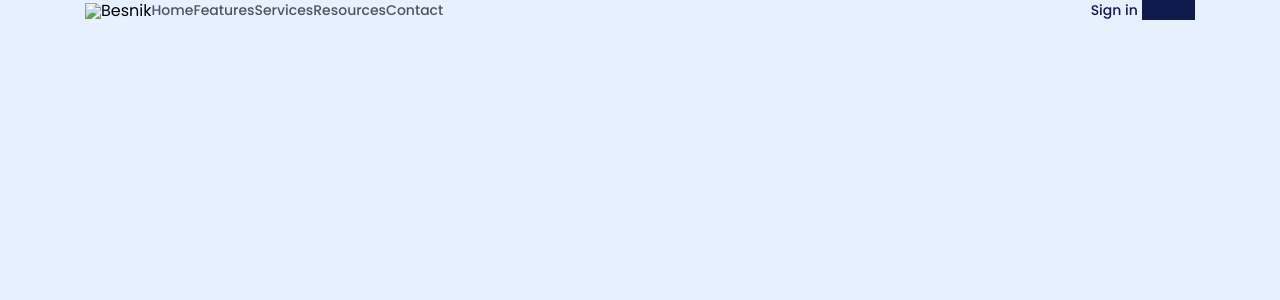
Repository: Phu2992/htmlcss-f8-01
Page: index.html
The author's editor kept a copy of each file at every save. The page is drawn from the files as they stood at one save, then again after the next save.
The browser window is 1280 px wide. The pictures show the whole page.

Above is the page before, as saved 2024-09-25 22:02:55.

### index.html
<!DOCTYPE html>
<html lang="en">
    <head>
        <meta charset="UTF-8" />
        <meta name="viewport" content="width=device-width, initial-scale=1.0" />
        <link rel="stylesheet" href="./assets/css/reset.css" />
        <link rel="stylesheet" href="./assets/fonts/stylesheet.css" />
        <link rel="stylesheet" href="./assets/css/styles.css" />
        <title>F8-Project-1</title>
    </head>
    <body>
        <!-- Header -->
        <header class="header">
            <div class="content">
                <nav class="navbar">
                    <img src="./assets/img/logo.svg" alt="Besnik" />
                    <ul>
                        <li>Home</li>
                        <li>Features</li>
                        <li>Services</li>
                        <li>Resources</li>
                        <li>Contact</li>
                    </ul>
                    <div class="action">
                        <a href="#!">Sign in</a>
                        <a class="btn btn-action" href="#!">Sign up</a>
                    </div>
                </nav>
            </div>
        </header>
    </body>
</html>

### assets/fonts/stylesheet.css
/* ===================== Poppins====================== */
@font-face {
    font-family: "Poppins";
    src: url("poppins/Poppins-Bold.woff2") format("woff2"),
        url("poppins/Poppins-Bold.woff") format("woff");
    font-weight: bold;
    font-style: normal;
    font-display: swap;
}

@font-face {
    font-family: "Poppins";
    src: url("poppins/Poppins-BlackItalic.woff2") format("woff2"),
        url("poppins/Poppins-BlackItalic.woff") format("woff");
    font-weight: 900;
    font-style: italic;
    font-display: swap;
}

@font-face {
    font-family: "Poppins";
    src: url("poppins/Poppins-Black.woff2") format("woff2"),
        url("poppins/Poppins-Black.woff") format("woff");
    font-weight: 900;
    font-style: normal;
    font-display: swap;
}

@font-face {
    font-family: "Poppins";
    src: url("poppins/Poppins-ExtraBold.woff2") format("woff2"),
        url("poppins/Poppins-ExtraBold.woff") format("woff");
    font-weight: bold;
    font-style: normal;
    font-display: swap;
}

@font-face {
    font-family: "Poppins";
    src: url("poppins/Poppins-ExtraLight.woff2") format("woff2"),
        url("poppins/Poppins-ExtraLight.woff") format("woff");
    font-weight: 200;
    font-style: normal;
    font-display: swap;
}

@font-face {
    font-family: "Poppins";
    src: url("poppins/Poppins-BoldItalic.woff2") format("woff2"),
        url("poppins/Poppins-BoldItalic.woff") format("woff");
    font-weight: bold;
    font-style: italic;
    font-display: swap;
}

@font-face {
    font-family: "Poppins";
    src: url("poppins/Poppins-ExtraBoldItalic.woff2") format("woff2"),
        url("poppins/Poppins-ExtraBoldItalic.woff") format("woff");
    font-weight: bold;
    font-style: italic;
    font-display: swap;
}

@font-face {
    font-family: "Poppins";
    src: url("poppins/Poppins-Light.woff2") format("woff2"),
        url("poppins/Poppins-Light.woff") format("woff");
    font-weight: 300;
    font-style: normal;
    font-display: swap;
}

@font-face {
    font-family: "Poppins";
    src: url("poppins/Poppins-LightItalic.woff2") format("woff2"),
        url("poppins/Poppins-LightItalic.woff") format("woff");
    font-weight: 300;
    font-style: italic;
    font-display: swap;
}

@font-face {
    font-family: "Poppins";
    src: url("poppins/Poppins-Italic.woff2") format("woff2"),
        url("poppins/Poppins-Italic.woff") format("woff");
    font-weight: normal;
    font-style: italic;
    font-display: swap;
}

@font-face {
    font-family: "Poppins";
    src: url("poppins/Poppins-ExtraLightItalic.woff2") format("woff2"),
        url("poppins/Poppins-ExtraLightItalic.woff") format("woff");
    font-weight: 200;
    font-style: italic;
    font-display: swap;
}

@font-face {
    font-family: "Poppins";
    src: url("poppins/Poppins-Medium.woff2") format("woff2"),
        url("poppins/Poppins-Medium.woff") format("woff");
    font-weight: 500;
    font-style: normal;
    font-display: swap;
}

@font-face {
    font-family: "Poppins";
    src: url("poppins/Poppins-ThinItalic.woff2") format("woff2"),
        url("poppins/Poppins-ThinItalic.woff") format("woff");
    font-weight: 100;
    font-style: italic;
    font-display: swap;
}

@font-face {
    font-family: "Poppins";
    src: url("poppins/Poppins-Thin.woff2") format("woff2"),
        url("poppins/Poppins-Thin.woff") format("woff");
    font-weight: 100;
    font-style: normal;
    font-display: swap;
}

@font-face {
    font-family: "Poppins";
    src: url("poppins/Poppins-SemiBold.woff2") format("woff2"),
        url("poppins/Poppins-SemiBold.woff") format("woff");
    font-weight: 600;
    font-style: normal;
    font-display: swap;
}

@font-face {
    font-family: "Poppins";
    src: url("poppins/Poppins-SemiBoldItalic.woff2") format("woff2"),
        url("poppins/Poppins-SemiBoldItalic.woff") format("woff");
    font-weight: 600;
    font-style: italic;
    font-display: swap;
}

@font-face {
    font-family: "Poppins";
    src: url("poppins/Poppins-MediumItalic.woff2") format("woff2"),
        url("poppins/Poppins-MediumItalic.woff") format("woff");
    font-weight: 500;
    font-style: italic;
    font-display: swap;
}

@font-face {
    font-family: "Poppins";
    src: url("poppins/Poppins-Regular.woff2") format("woff2"),
        url("poppins/Poppins-Regular.woff") format("woff");
    font-weight: normal;
    font-style: normal;
    font-display: swap;
}

### assets/css/styles.css
* {
    box-sizing: border-box;
}

html {
    font-size: 62.5%;
}

body {
    font-size: 1.6rem;
    font-family: "Poppins", sans-serif;
}

/* common */
.content {
    width: 1110px;
    margin-left: auto;
    margin-right: auto;
}

.header {
    background-color: #e6f0ff;
    height: 100vh;
    margin: auto;
}

.btn {
    height: 50px;
    background-color: #0f1b4c;
    color: #fff;
    text-align: center;
    font-size: 14px;
    font-style: normal;
    font-weight: 500;
    line-height: normal;
}
.action a {
    text-decoration: none;
    color: #0f1b4c;
    font-size: 1.4rem;
    font-style: normal;
    font-weight: 500;
    line-height: normal;
}

.navbar {
    display: flex;
    align-items: center;
}

.navbar ul {
    color: #4f5361;
    font-size: 1.4rem;
    font-style: normal;
    font-weight: 500;
    line-height: normal;
    display: flex;
}

.action {
    margin-left: auto;
}

Loaded but not shown: assets/css/reset.css (common file)

After the next save:
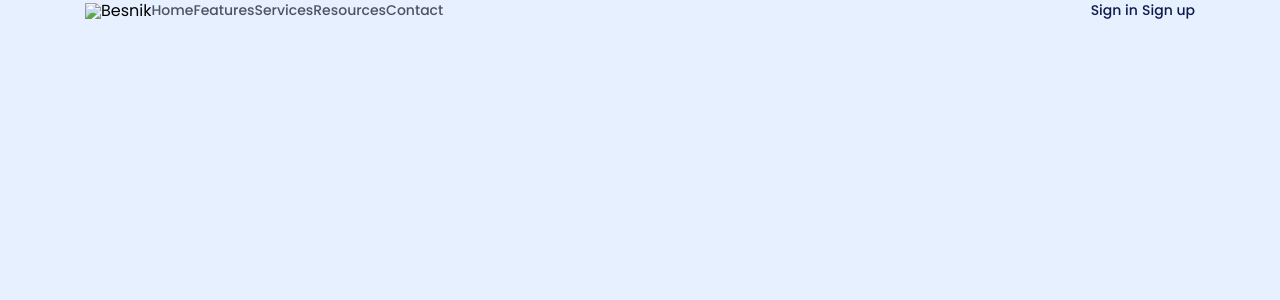
Saved 20 s later.
--- a/assets/css/styles.css
+++ b/assets/css/styles.css
@@ -24,7 +24,7 @@
     margin: auto;
 }
 
-.btn {
+.btn a {
     height: 50px;
     background-color: #0f1b4c;
     color: #fff;

After the save that followed:
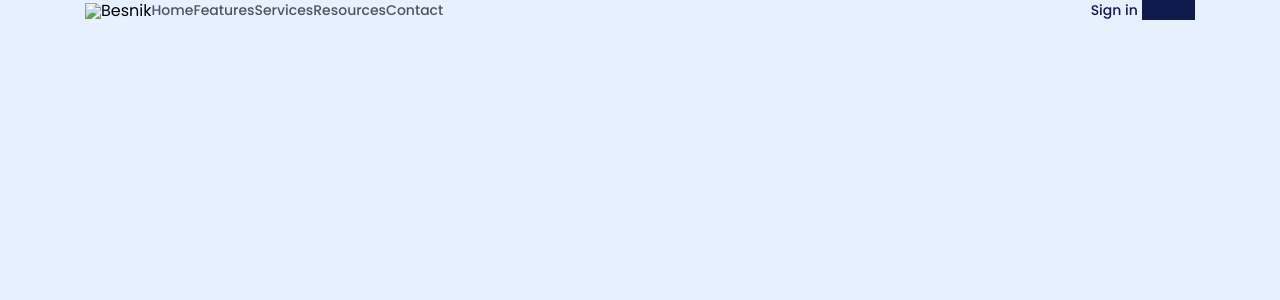
Saved 13 s later.
--- a/assets/css/styles.css
+++ b/assets/css/styles.css
@@ -24,7 +24,7 @@
     margin: auto;
 }
 
-.btn a {
+.btn {
     height: 50px;
     background-color: #0f1b4c;
     color: #fff;
